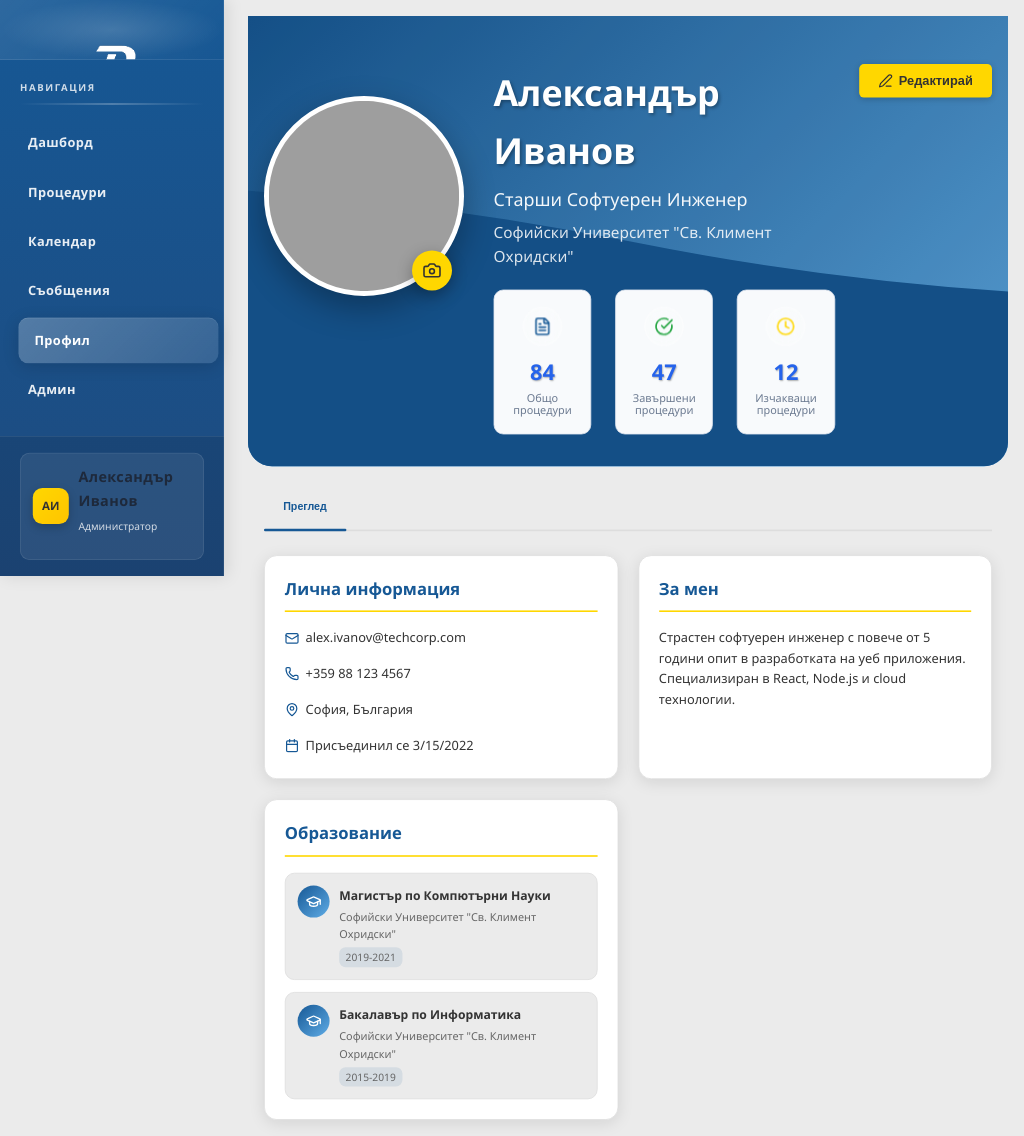
Repository: BorisSavianov/doxa-frontend
Page: /profile
An editor plug-in stored every save of this project. The page is shown before and after the next save, followed by the edit.
The browser window is 1280 px wide. The pictures show the whole page, at 80% of full size.
Pictures or frames that could not be fetched are drawn as grey boxes. The project was rebuilt for these pictures with package versions that can differ from the ones it lists, and the page was loaded fresh each time. Also part of the build but not shown: vite.config.js, src/components/Layout/Header.jsx, src/pages/Dashboard.jsx, src/pages/Inbox.css, src/pages/Inbox.jsx, src/pages/Calendar.css, src/pages/Calendar.jsx, src/pages/Admin.jsx and 2 more.

Above is the page before, as saved 2025-10-24 15:12:37.

### index.html
<!doctype html>
<html lang="en">
  <head>
    <meta charset="UTF-8" />
    <link rel="icon" type="image/svg+xml" href="/vite.svg" />
    <meta name="viewport" content="width=device-width, initial-scale=1.0" />
    <title>vtu</title>
  </head>
  <body>
    <div id="root"></div>
    <script type="module" src="/src/main.jsx"></script>
  </body>
</html>

### src/main.jsx
import React from 'react'
import ReactDOM from 'react-dom/client'
import { createBrowserRouter, RouterProvider } from 'react-router-dom'
import { ThemeProvider } from './contexts/ThemeContext'
import { LanguageProvider } from './contexts/LanguageContext'
import Layout from './components/Layout/Layout'
import Dashboard from './pages/Dashboard'
import Profile from './pages/Profile'
import Inbox from './pages/Inbox'
import Calendar from './pages/Calendar'
import Admin from './pages/Admin'
import './index.css'
import Procedures from './pages/Procedures'

const router = createBrowserRouter([
  {
    path: "/",
    element: <Layout />,
    children: [
      {
        index: true,
        element: <Dashboard />,
      },
      {
        path: "dashboard",
        element: <Dashboard />,
      },
      {
        path: "profile",
        element: <Profile />,
      },
      {
        path: "inbox",
        element: <Inbox />,
      },
      {
        path: "calendar",
        element: <Calendar />,
      },
      {
        path: "admin",
        element: <Admin />,
      },
       {
        path: "procedures",
        element: <Procedures />,
      },
    ],
  },
], {
  future: {
    v7_startTransition: true,
    v7_relativeSplatPath: true,
  },
});

function App() {
  return (
    <ThemeProvider>
      <LanguageProvider>
        <RouterProvider router={router} />
      </LanguageProvider>
    </ThemeProvider>
  )
}

ReactDOM.createRoot(document.getElementById('root')).render(
  <React.StrictMode>
    <App />
  </React.StrictMode>,
)

### src/contexts/LanguageContext.jsx
import React, { createContext, useContext, useState } from 'react'
import { useLocalStorage } from '../hooks/useLocalStorage'

const LanguageContext = createContext()

export const useLanguage = () => {
  const context = useContext(LanguageContext)
  if (!context) {
    throw new Error('useLanguage must be used within a LanguageProvider')
  }
  return context
}

export const LanguageProvider = ({ children }) => {
  const [isEnglish, setIsEnglish] = useLocalStorage('language', false)

  const toggleLanguage = () => {
    setIsEnglish(prev => !prev)
  }

  const t = (bg, en) => {
    return isEnglish ? en : bg
  }

  const value = {
    isEnglish,
    toggleLanguage,
    t
  }

  return (
    <LanguageContext.Provider value={value}>
      {children}
    </LanguageContext.Provider>
  )
}

// В LanguageContext.jsx, добави следния код в t функцията или създай нова:
const calendarLocales = {
  bg: {
    buttonText: {
      today: 'Днес',
      month: 'Месец',
      week: 'Седмица',
      day: 'Ден',
      list: 'Списък'
    },
    allDayText: 'Цял ден',
    noEventsText: 'Няма събития'
  },
  en: {
    buttonText: {
      today: 'Today',
      month: 'Month',
      week: 'Week',
      day: 'Day',
      list: 'List'
    },
    allDayText: 'All day',
    noEventsText: 'No events'
  }
}

// Актуализирай t функцията или добави нова:
const getCalendarLocale = () => {
  return isEnglish ? calendarLocales.en : calendarLocales.bg
}

### src/components/Layout/Layout.jsx
import React from 'react'
import { Outlet } from 'react-router-dom'
import { useTheme } from '../../contexts/ThemeContext'
import Header from './Header'
import Sidebar from './Sidebar'
import '../../styles/globals.css'

const Layout = () => {
  const { isDark } = useTheme()

  return (
    <div className={`app ${isDark ? 'dark' : 'light'}`}>
      <Sidebar />
      <div className="main-content">

        <Outlet />
      </div>
    </div>
  )
}

export default Layout

### src/index.css
:root {
  font-family: Inter, system-ui, Avenir, Helvetica, Arial, sans-serif;
  line-height: 1.5;
  font-weight: 400;
}

body {
  margin: 0;
  display: flex;
  place-items: center;
  min-width: 320px;
  min-height: 100vh;
}

#root {
  width: 100%;
  margin: 0 auto;
}

### src/components/Layout/Sidebar.jsx
import React from 'react'
import { NavLink } from 'react-router-dom'
import { useLanguage } from '../../contexts/LanguageContext'

const Sidebar = () => {
  const { t } = useLanguage()

  const menuItems = [
    { path: '/dashboard', label: t('Дашборд', 'Dashboard') },
    { path: '/procedures', label: t('Процедури', 'Procedures') },
    { path: '/calendar', label: t('Календар', 'Calendar') },
    { path: '/inbox', label: t('Съобщения', 'Inbox') },
    { path: '/profile', label: t('Профил', 'Profile') },
    { path: '/admin', label: t('Админ', 'Admin') }
  ]

  return (
    <aside className="sidebar">
      {/* Header with Logo */}
      <div className="sidebar-header">
        <div className="logo-container">
          <img
            src="/logo.png"
            alt="Logo"
            className="logo"
            onError={(e) => {
              e.target.style.display = 'none'
              e.target.nextSibling.style.display = 'block'
            }}
          />

        </div>
        <div className="header-glow"></div>
      </div>

      {/* Navigation Menu */}
      <nav className="sidebar-nav">
        <div className="nav-header">
          <div className="nav-title">НАВИГАЦИЯ</div>
          <div className="nav-divider"></div>
        </div>

        <ul className="nav-menu">
          {menuItems.map((item) => (
            <li key={item.path} className="nav-item">
              <NavLink
                to={item.path}
                className={({ isActive }) =>
                  `nav-link ${isActive ? 'active' : ''}`
                }
              >
                <span className="nav-label">{item.label}</span>
                <div className="nav-active-indicator"></div>
              </NavLink>
            </li>
          ))}
        </ul>
      </nav>

      {/* Sidebar Footer */}
      <div className="sidebar-footer">
        <div className="user-profile">
          <div className="user-avatar">
            <div className="avatar-initials">АИ</div>
          </div>
          <div className="user-info">
            <div className="user-name">Александър Иванов</div>
            <div className="user-role">Администратор</div>
          </div>
        </div>
      </div>
    </aside>
  )
}

export default Sidebar

### src/styles/dashboard.css
.dashboard {
    padding: 20px;
    min-height: 100vh;
    position: relative;
}

.dashboard-header {
    position: absolute;
    top: 0;
    left: 0;
    right: 0;
    height: 4px;
    background: #2563eb;
    background: linear-gradient(90deg, #2563eb 0%, #3b82f6 50%, #2563eb 100%);
}

.dashboard h2 {
    color: #2d3748;
    margin-bottom: 24px;
    font-size: 28px;
    font-weight: 600;
    margin-top: 10px;
}

.card {
    background: white;
    border-radius: 12px;
    padding: 24px;
    box-shadow: 0 4px 6px rgba(0, 0, 0, 0.05);
    border: 1px solid #e2e8f0;
    position: relative;
    overflow: hidden;
}

.card h2 {
    color: #2d3748;
    margin-bottom: 20px;
    font-size: 20px;
    font-weight: 600;
    border-bottom: 2px solid #e2e8f0;
    padding-bottom: 12px;
}

/* Процедури стилове - цяла ширина */
.procedures-card.full-width {
    grid-column: 1 / -1;
    margin-bottom: 24px;
}

.procedures-grid {
    display: grid;
    grid-template-columns: 1fr 1fr;
    gap: 40px;
}

.procedures-column {
    display: flex;
    flex-direction: column;
    justify-content: space-evenly;
    gap: 24px;
}

.procedure-section:nth-child(even) {
    flex: 1;
    display: flex;
    flex-direction: column;
    justify-content: flex-end;
}

.procedure-section h3 {
    font-size: 14px;
    color: #718096;
    margin-bottom: 8px;
    font-weight: 500;
}

.procedure-item {
    padding: 16px;
    border-radius: 8px;
    border: 1px solid #e2e8f0;
    transition: all 0.2s ease;
    background: white;
}

.procedure-item.waiting {
    padding: 12px 16px;
}

.procedure-content {
    display: flex;
    justify-content: space-between;
    align-items: flex-start;
    gap: 12px;
}

.procedure-info {
    flex: 1;
}

.procedure-title {
    font-weight: 600;
    color: #2d3748;
    margin-bottom: 4px;
}

.procedure-date {
    font-size: 14px;
    color: #718096;
}

.procedure-item:hover {
    background-color: #f7fafc;
    box-shadow: 0 2px 4px rgba(0, 0, 0, 0.1);
}

.procedure-list {
    display: flex;
    flex-direction: column;
    gap: 12px;
}

/* Бутон за детайли */
.details-btn {
    background: #2563eb;
    color: white;
    border: none;
    padding: 8px 16px;
    border-radius: 6px;
    font-size: 14px;
    font-weight: 500;
    cursor: pointer;
    transition: all 0.2s ease;
    white-space: nowrap;
    min-width: 80px;
}

.details-btn:hover {
    background: #1d4ed8;
    box-shadow: 0 2px 4px rgba(37, 99, 235, 0.3);
}

.details-btn:active {
    transform: translateY(0);
}

/* Долни секции */
.bottom-sections {
    display: grid;
    grid-template-columns: 1fr;
    gap: 24px;
}

/* Аналитики стилове - подобрени */
.analytics-card.full-width {
    grid-column: 1 / -1;
}

.analytics-content {
    padding: 10px 0;
}

.analytics-main {
    text-align: center;
    margin-bottom: 20px;
    padding: 20px;
    background: linear-gradient(135deg, #2563eb 0%, #3b82f6 100%);
    border-radius: 12px;
    color: white;
}

.month {
    font-size: 28px;
    font-weight: 700;
    margin-bottom: 8px;
}

.trend {
    font-size: 16px;
    font-weight: 600;
    padding: 8px 16px;
    border-radius: 20px;
    display: inline-block;
}

.trend.positive {
    background: rgba(255, 255, 255, 0.2);
    border: 1px solid rgba(255, 255, 255, 0.3);
}

.analytics-stats {
    display: grid;
    grid-template-columns: repeat(5, 1fr);
    gap: 15px;
    margin-top: 15px;
}

.stat-item {
    text-align: center;
    padding: 20px 15px;
    background: #f8fafc;
    border-radius: 12px;
    border: 1px solid #e2e8f0;
    transition: all 0.3s ease;
}

.stat-item:hover {
    /* transform: translateY(-2px); */
    box-shadow: 0 4px 12px rgba(0, 0, 0, 0.1);
}

.stat-value {
    font-size: 32px;
    font-weight: 700;
    color: #2563eb;
    margin-bottom: 8px;
}

.stat-value.accepted {
    color: #10b981;
}

.stat-value.rejected {
    color: #ef4444;
}

.stat-label {
    font-size: 14px;
    color: #64748b;
    font-weight: 500;
}

/* Календар стилове */
.calendar-placeholder {
    height: 200px;
    display: flex;
    align-items: center;
    justify-content: center;
    background: #f7fafc;
    border-radius: 8px;
    border: 2px dashed #e2e8f0;
}

.calendar-placeholder p {
    color: #a0aec0;
    font-size: 16px;
}

/* Responsive дизайн */
@media (max-width: 1024px) {
    .procedures-grid {
        gap: 30px;
    }

    .analytics-stats {
        grid-template-columns: repeat(3, 1fr);
    }
}

@media (max-width: 768px) {
    .dashboard {
        padding: 16px;
    }

    .card {
        padding: 20px;
    }

    .procedures-grid {
        grid-template-columns: 1fr;
        gap: 20px;
    }

    .bottom-sections {
        grid-template-columns: 1fr;
    }

    .procedures-card.full-width {
        margin-bottom: 20px;
    }

    .procedure-content {
        flex-direction: column;
        gap: 8px;
    }

    .details-btn {
        align-self: flex-end;
        min-width: 70px;
        padding: 6px 12px;
        font-size: 13px;
    }

    .analytics-stats {
        grid-template-columns: repeat(2, 1fr);
    }

    .stat-value {
        font-size: 28px;
    }
}

@media (max-width: 480px) {
    .month {
        font-size: 20px;
    }

    .dashboard h2 {
        font-size: 24px;
    }

    .analytics-stats {
        grid-template-columns: 1fr;
    }

    .stat-value {
        font-size: 24px;
    }

    .stat-item {
        padding: 15px 10px;
    }
}

Loaded but not shown: src/contexts/ThemeContext.js (31 lines, source omitted); src/hooks/useLocalStorage.js (24 lines, source omitted); src/styles/globals.css (882 lines, source omitted); src/pages/Profile.jsx (417 lines, source omitted); src/pages/Profile.css (619 lines, source omitted); src/styles/admin.css (582 lines, source omitted)

After the next save:
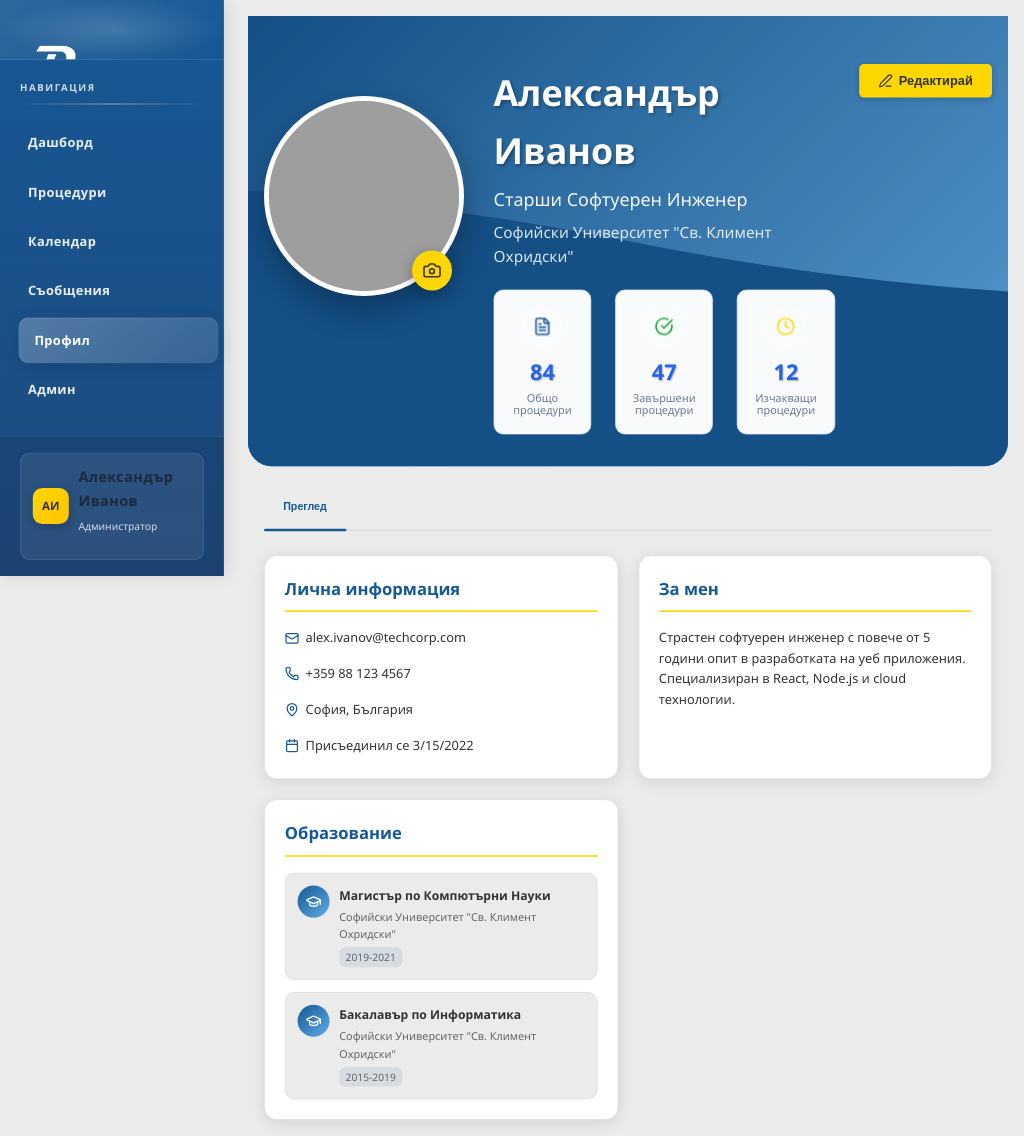
Saved 4 min 14 s later.
--- a/src/components/Layout/Sidebar.jsx
+++ b/src/components/Layout/Sidebar.jsx
@@ -18,7 +18,7 @@
     <aside className="sidebar">
       {/* Header with Logo */}
       <div className="sidebar-header">
-        <div className="logo-container">
+
           <img
             src="/logo.png"
             alt="Logo"
@@ -29,7 +29,7 @@
             }}
           />
 
-        </div>
+
         <div className="header-glow"></div>
       </div>
 

After the save that followed:
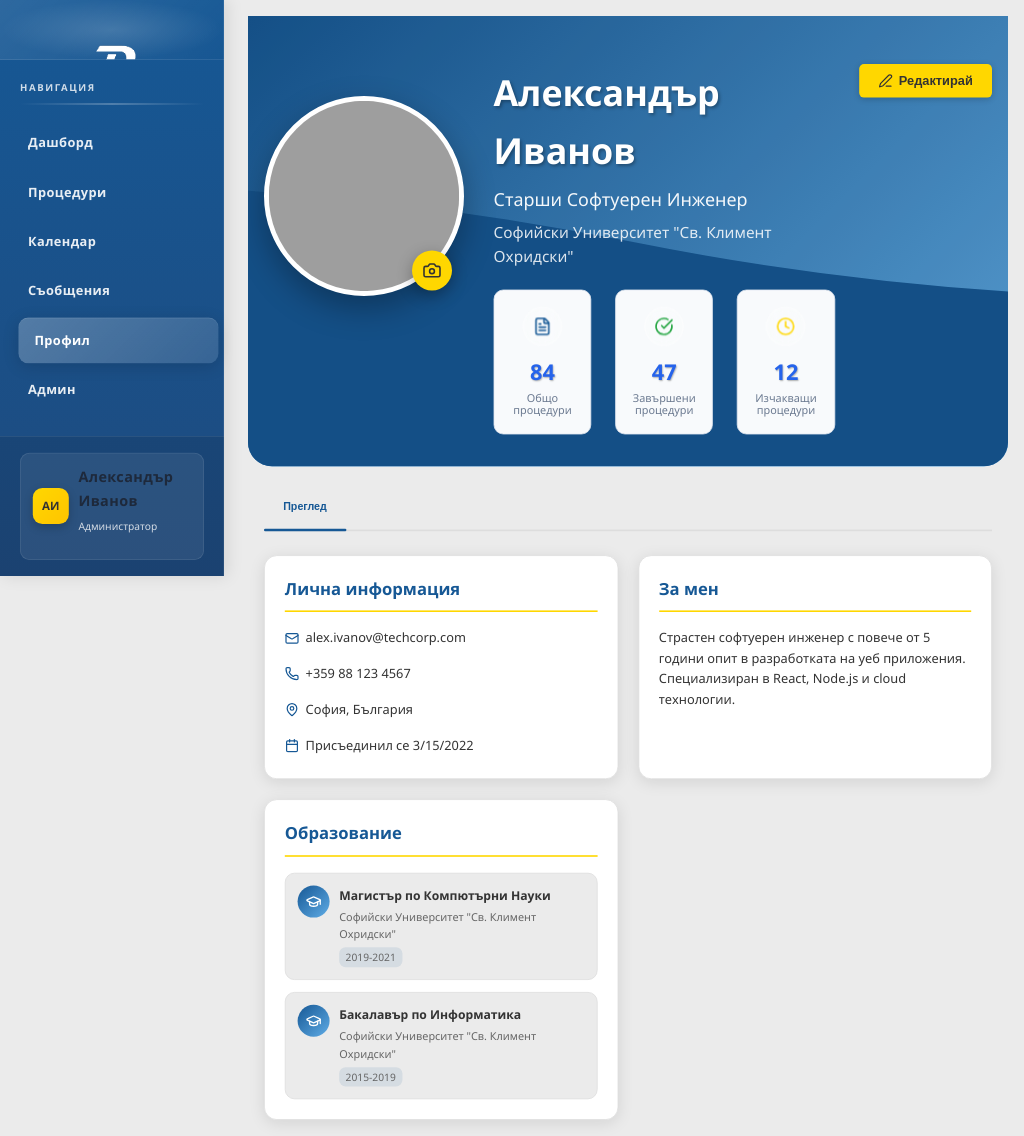
Saved 17 s later.
--- a/src/components/Layout/Sidebar.jsx
+++ b/src/components/Layout/Sidebar.jsx
@@ -18,7 +18,7 @@
     <aside className="sidebar">
       {/* Header with Logo */}
       <div className="sidebar-header">
-
+        <div className="logo-container">
           <img
             src="/logo.png"
             alt="Logo"
@@ -29,7 +29,7 @@
             }}
           />
 
-
+        </div>
         <div className="header-glow"></div>
       </div>
 
